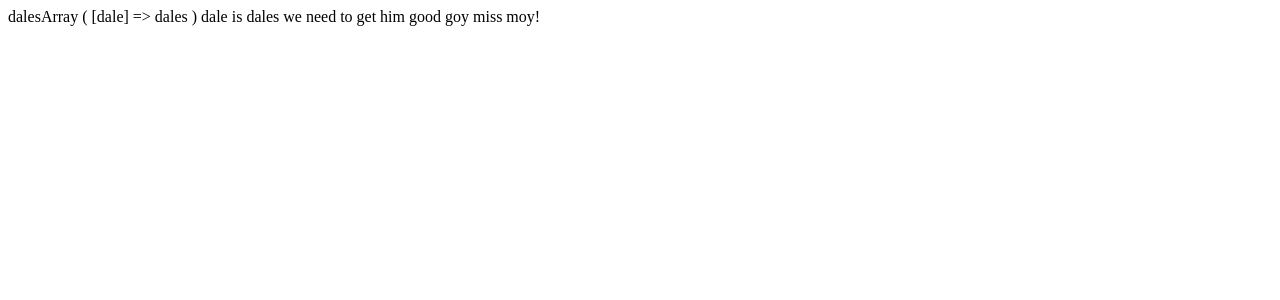
Repository: jyotsna1234/bugappmvc
Page: http://localhost/interfaces.php
These files come from the project's save history. The page is drawn as it stood at one moment and after the next save; the edit follows.
The browser window is 1280 px wide. The pictures show the whole page.
The page is run by PHP 8.4 with error messages shown; the project is at /var/www/html/.

Above is the page before, as saved 2014-04-08 03:57:39.

### oops_php/interfaces.php
<?php
	ini_set('display_errors',1);

// Declare the interface 'iTemplate'
interface iTemplate
{
    public function setVariable($name, $var);
    public function getHtml($template);
}

// Implement the interface
// This will work
class Template implements iTemplate
{
    private $vars = array();

    public function setVariable($name, $var)
    {
        echo $this->vars[$name] = $var;
		print_r($this->vars);
    }

    public function getHtml($template)
    {
      foreach($this->vars as $name => $value) {

           $template = str_replace('{' . $name . '}', $value, $template);
        }

        return $template;
    }
}
$template=new Template();
echo $template->setVariable('dale', 'dales');
echo $template->getHtml('dale is {dale} we need to get him ');
// Provides: 2
$str = str_replace("ll", "", "good golly miss molly!");
echo $str;
?>

After the next save:
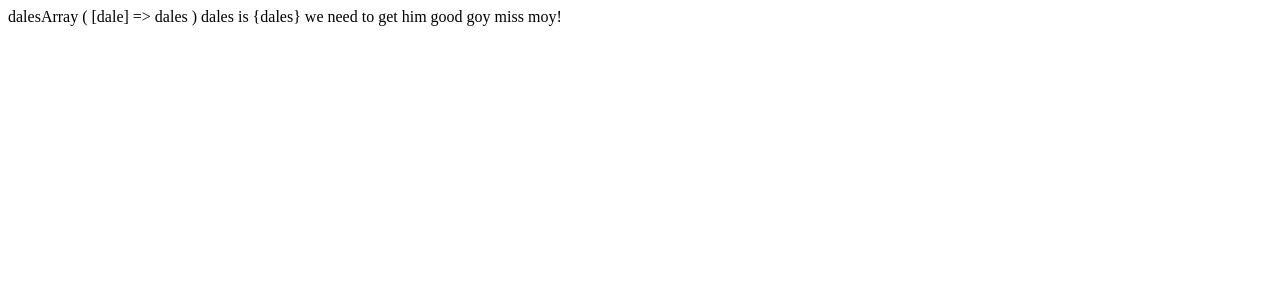
Saved 15 s later.
--- a/oops_php/interfaces.php
+++ b/oops_php/interfaces.php
@@ -32,7 +32,7 @@ class Template implements iTemplate
 }
 $template=new Template();
 echo $template->setVariable('dale', 'dales');
-echo $template->getHtml('dale is {dale} we need to get him ');
+echo $template->getHtml('{dale} is {dales} we need to get him ');
 // Provides: 2
 $str = str_replace("ll", "", "good golly miss molly!");
 echo $str;
